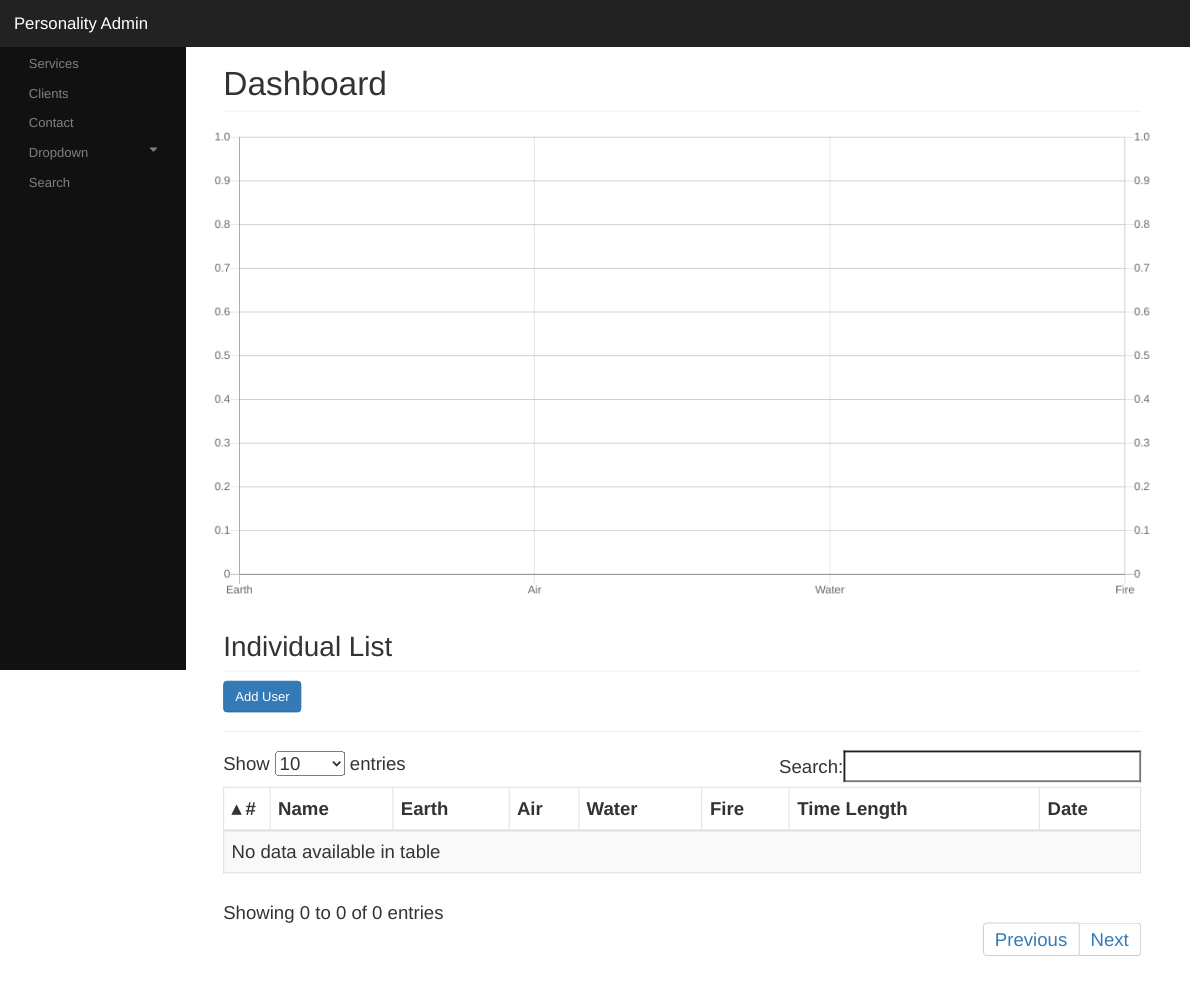
Repository: joroni/personality_test
Page: dashboard/index.html
An editor plug-in stored every save of this project. The page is shown before and after the next save, followed by the edit.
The browser window is 1280 px wide. The pictures show the whole page, at 93% of full size.

Above is the page before, as saved 2020-09-26 01:38:29.

### dashboard/index.html
<!DOCTYPE html>
<html lang="en" ng-app="quiz">

<head>
  <meta charset="utf-8">
  <meta http-equiv="X-UA-Compatible" content="IE=edge">
  <meta name="viewport" content="width=device-width, initial-scale=1">
  <!-- The above 3 meta tags *must* come first in the head; any other head content must come *after* these tags -->
  <meta name="description" content="">
  <meta name="author" content="">
  <!--  <link rel="icon" href="../../favicon.ico">
   <link rel="canonical" href="https://getbootstrap.com/docs/3.3/examples/dashboard/"> -->

  <title>Dashboard Template for Bootstrap</title>

  <!-- Bootstrap core CSS -->
  <link href="css/bootstrap.min.css" rel="stylesheet">

  <!-- IE10 viewport hack for Surface/desktop Windows 8 bug -->
  <link href="css/ie10-viewport-bug-workaround.css" rel="stylesheet">

  <!-- Custom styles for this template -->
  <link href="css/style.css" rel="stylesheet">
  <link href="css/dashboard.css" rel="stylesheet">


  <!-- Just for debugging purposes. Don't actually copy these 2 lines! -->
  <!--[if lt IE 9]><script src="../../assets/js/ie8-responsive-file-warning.js"></script><![endif]-->
  <script src="js/ie-emulation-modes-warning.js"></script>

  <!-- HTML5 shim and Respond.js for IE8 support of HTML5 elements and media queries -->
  <!--[if lt IE 9]>
      <script src="https://oss.maxcdn.com/html5shiv/3.7.3/html5shiv.min.js"></script>
      <script src="https://oss.maxcdn.com/respond/1.4.2/respond.min.js"></script>
    <![endif]-->
</head>


<body ng-controller="quizAdmin">

  <nav class="navbar navbar-inverse navbar-fixed-top">
    <div class="container-fluid">
      <div class="navbar-header">
        <button type="button" class="navbar-toggle collapsed" data-toggle="collapse" data-target="#navbar"
          aria-expanded="false" aria-controls="navbar">
          <span class="sr-only">Toggle navigation</span>
          <span class="icon-bar"></span>
          <span class="icon-bar"></span>
          <span class="icon-bar"></span>
        </button>
        <a class="navbar-brand" href="#">Personality Admin</a>
      </div>
      <div id="navbar" class="navbar-collapse collapse">
        <!-- <ul class="nav navbar-nav navbar-right">
          <li><a href="#">Dashboard</a></li>
          <li><a href="#">Settings</a></li>
          <li><a href="#">Profile</a></li>
          <li><a href="#">Help</a></li>
        </ul>
        <form class="navbar-form navbar-right">
          <input type="text" class="form-control" placeholder="Search...">
        </form> -->
      </div>
    </div>
  </nav>

  <div class="container-fluid">

    <div class="row">
      <div class="sidenav col-sm-3 col-md-2">
        <a href="#about">About</a>
        <a href="#services">Services</a>
        <a href="#clients">Clients</a>
        <a href="#contact">Contact</a>
        <button class="dropdown-btn">Dropdown
          <i class="fa fa-caret-down"></i>
        </button>
        <div class="dropdown-container">
          <a href="#">Link 1</a>
          <a href="#">Link 2</a>
          <a href="#">Link 3</a>
        </div>
        <a href="#contact">Search</a>
      </div>
      <!-- <div class="col-sm-3 col-md-2 sidebar">

        <ul class="nav nav-sidebar">
          <li class="active"><a href="#">Home <span class="sr-only">(current)</span></a></li>
          <li class=""><a href="#">Users<span class="sr-only">(current)</span></a></li>
          <li class=""><a href="#">Reports</a>

          <ul>
            <li<a href="#">By User</a></li>
            <li<a href="#">By Group</a></li>
          </ul>
          </li>
          <!--     <li><a href="#">Reports</a></li>
          <li><a href="#">Analytics</a></li>
          <li><a href="#">Export</a></li> ->
        </ul>

      </div> -->
      <div class="col-sm-9 col-sm-offset-3 col-md-10 col-md-offset-2 main">
        <h1 class="page-header">Dashboard</h1>

        <div class="row placeholders" ng-init="getUserScores()">
          <canvas id="line" class="chart chart-line" chart-data="data" chart-labels="labels" chart-series="series"
            chart-options="options" chart-dataset-override="datasetOverride" chart-click="onClick">
          </canvas>


          <!--  <canvas id="bar" class="chart chart-bar ng-isolate-scope"
            chart-data="data" chart-labels="labels" chart-series="series"
            chart-options="options"
            style="display: block; width: 100%; height: 261px;"></canvas> -->
        </div>

        <!--  <div class="row placeholders">
            <div class="col-xs-6 col-sm-3 placeholder">
              <img src="data:[embedded picture, 82 characters]" width="200" height="200" class="img-responsive" alt="Generic placeholder thumbnail">
              <h4>Label</h4>
              <span class="text-muted">Something else</span>
            </div>
            <div class="col-xs-6 col-sm-3 placeholder">
              <img src="data:[embedded picture, 82 characters]" width="200" height="200" class="img-responsive" alt="Generic placeholder thumbnail">
              <h4>Label</h4>
              <span class="text-muted">Something else</span>
            </div>
            <div class="col-xs-6 col-sm-3 placeholder">
              <img src="data:[embedded picture, 82 characters]" width="200" height="200" class="img-responsive" alt="Generic placeholder thumbnail">
              <h4>Label</h4>
              <span class="text-muted">Something else</span>
            </div>
            <div class="col-xs-6 col-sm-3 placeholder">
              <img src="data:[embedded picture, 82 characters]" width="200" height="200" class="img-responsive" alt="Generic placeholder thumbnail">
              <h4>Label</h4>
              <span class="text-muted">Something else</span>
            </div>
          </div> -->

        <h2 class="sub-header">Individual List</h2>
        <input type="button" value="Add User" class="btn btn-primary" ng-click="addUserPop = !addUserPop" />
<hr>

        <div ng-show="addUserPop" ng-include="'addUser.html'">

        </div>


        <div ng-init="getUserScores()">
          <table datatable="ng" dt-options="vm.dtOptions" class="table-responsive table table-striped table-bordered">
            <thead>
              <tr>
                <th>#</th>
                <th>Name</th>
                <th>Earth</th>
                <th>Air</th>
                <th>Water</th>
                <th>Fire</th>
                <th>Time Length</th>
                <th>Date</th>
              </tr>
            </thead>
            <tbody>
              <tr ng-repeat="x in userdata">
                <td>{{ $index + 1 }}</td>
                <td>{{ x.first_name}} {{x.last_name}}</td>
                <td>{{x.user_earth}}</td>
                <td>{{x.user_air}}</td>
                <td>{{x.user_water}}</td>
                <td>{{x.user_fire}}</td>
                <td></td>
                <td>{{x.created}}</td>
              </tr>
            </tbody>
          </table>
          <br />
          <br />
        </div>
        <!--   <div ng-init="getUsers()">

          <br />
          <h3 align="center">How to Use Jquery Datatable with AngularJS & PHP</h3>
          <br />

          <table datatable="ng" dt-options="vm.dtOptions" class="table table-striped table-bordered">
            <thead>
              <tr>
                <th>Sr</th>
                <th>Customer Name</th>
                <th>Address</th>
                <th>City</th>
                <th>Postal Code</th>
                <th>Country</th>
              </tr>
            </thead>
            <tbody>
              <tr ng-repeat="customer in customers">
                <td>{{ $index + 1 }}</td>
                <td>{{ customer.CustomerName }}</td>
                <td>{{ customer.Address }}</td>
                <td>{{ customer.City }}</td>
                <td>{{ customer.PostalCode }}</td>
                <td>{{ customer.Country }}</td>
              </tr>
            </tbody>
          </table>
          <br />
          <br />
        </div> -->





      </div>
    </div>
  </div>



  <!-- Bootstrap core JavaScript
    ================================================== -->
  <!-- Placed at the end of the document so the pages load faster -->
  <script src="lib/jquery/3.1.1/jquery.min.js"></script>
  <script src="lib/angularjs/1.6.9/angular.min.js"></script>
  <script src="lib/angularjs/angular-datatables.min.js"></script>
  <script src="lib/jquerydatatable/jquery.dataTablesv1.10.7.min.js"></script>
  <!-- <link rel="stylesheet" href="lib/bootstrap/css/bootstrap.min.css"> -->
  <link rel="stylesheet" href="lib/bootstrap/css/datatables.bootstrap.css">
  <link rel="stylesheet" href="https://cdnjs.cloudflare.com/ajax/libs/font-awesome/4.7.0/css/font-awesome.min.css">
  <!--




    <script src="lib/jqueryui/1.12.1/jquery-ui.min.js"></script>

   <script src="lib/angularjs/1.6.9/angular.min.js"></script>
  <script src="lib/angularjs/angular-ui-utils.min.js"></script> -->

  <script src="lib/chart/Chart.min.js"></script>
  <script src="lib/angular-chart.js/angular-chart.min.js"></script>

  <script src="js/main.js"></script>
  <!-- <script src="https://cdnjs.cloudflare.com/ajax/libs/angular-ui-sortable/0.15.0/sortable.min.js"></script> -->
  <!-- <script src="js/sortable.js"></script> -->
  <script type='text/javascript' src="lib/bootstrap/js/bootstrap.min.js"></script>
  <script src="js/script.js"></script>


  <!-- Just to make our placeholder images work. Don't actually copy the next line! -->
  <script src="js/holder.min.js"></script>
  <!-- IE10 viewport hack for Surface/desktop Windows 8 bug -->
  <script src="js/ie10-viewport-bug-workaround.js"></script>
</body>

</html>

### dashboard/css/style.css
/* Fixed sidenav, full height */
.sidenav {
    height: 100%;
    width: 200px;
    position: fixed;
    z-index: 1;
    top: 0;
    left: 0;
    background-color: #111;
    overflow-x: hidden;
    padding-top: 20px;
  }

  /* Style the sidenav links and the dropdown button */
  .sidenav a, .dropdown-btn {
    padding: 6px 8px 6px 16px;
    text-decoration: none;
    font-size: 14px;
    color: #818181;
    display: block;
    border: none;
    background: none;
    width:100%;
    text-align: left;
    cursor: pointer;
    outline: none;
  }

  /* On mouse-over */
  .sidenav a:hover, .dropdown-btn:hover {
    color: #f1f1f1;
  }

  /* Main content */
  .main {
    margin-left: 200px; /* Same as the width of the sidenav */
    font-size: 20px; /* Increased text to enable scrolling */
    padding: 0px 10px;
  }

  /* Add an active class to the active dropdown button */
  .active {
    background-color: green;
    color: white;
  }

  /* Dropdown container (hidden by default). Optional: add a lighter background color and some left padding to change the design of the dropdown content */
  .dropdown-container {
    display: none;
    background-color: #262626;
    padding-left: 8px;
  }

  /* Optional: Style the caret down icon */
  .fa-caret-down {
    float: right;
    padding-right: 8px;
  }

### dashboard/css/dashboard.css
/*
 * Base structure
 */

/* Move down content because we have a fixed navbar that is 50px tall */
body {
  padding-top: 50px;
}


/*
 * Global add-ons
 */

.sub-header {
  padding-bottom: 10px;
  border-bottom: 1px solid #eee;
}

/*
 * Top navigation
 * Hide default border to remove 1px line.
 */
.navbar-fixed-top {
  border: 0;
}

/*
 * Sidebar
 */

/* Hide for mobile, show later */
.sidebar {
  display: none;
}
@media (min-width: 768px) {
  .sidebar {
    position: fixed;
    top: 51px;
    bottom: 0;
    left: 0;
    z-index: 1000;
    display: block;
    padding: 20px;
    overflow-x: hidden;
    overflow-y: auto; /* Scrollable contents if viewport is shorter than content. */
    background-color: #f5f5f5;
    border-right: 1px solid #eee;
  }
}

/* Sidebar navigation */
.nav-sidebar {
  margin-right: -21px; /* 20px padding + 1px border */
  margin-bottom: 20px;
  margin-left: -20px;
}
.nav-sidebar > li > a {
  padding-right: 20px;
  padding-left: 20px;
}
.nav-sidebar > .active > a,
.nav-sidebar > .active > a:hover,
.nav-sidebar > .active > a:focus {
  color: #fff;
  background-color: #428bca;
}


/*
 * Main content
 */

.main {
  padding: 20px;
}
@media (min-width: 768px) {
  .main {
    padding-right: 40px;
    padding-left: 40px;
  }
}
.main .page-header {
  margin-top: 0;
}


/*
 * Placeholder dashboard ideas
 */

.placeholders {
  margin-bottom: 30px;
  text-align: center;
}
.placeholders h4 {
  margin-bottom: 0;
}
.placeholder {
  margin-bottom: 20px;
}
.placeholder img {
  display: inline-block;
  border-radius: 50%;
}

### dashboard/js/ie-emulation-modes-warning.js
// NOTICE!! DO NOT USE ANY OF THIS JAVASCRIPT
// IT'S JUST JUNK FOR OUR DOCS!
// ++++++++++++++++++++++++++++++++++++++++++
/*!
 * Copyright 2014-2015 Twitter, Inc.
 *
 * Licensed under the Creative Commons Attribution 3.0 Unported License. For
 * details, see https://creativecommons.org/licenses/by/3.0/.
 */
// Intended to prevent false-positive bug reports about Bootstrap not working properly in old versions of IE due to folks testing using IE's unreliable emulation modes.
(function () {
  'use strict';

  function emulatedIEMajorVersion() {
    var groups = /MSIE ([0-9.]+)/.exec(window.navigator.userAgent)
    if (groups === null) {
      return null
    }
    var ieVersionNum = parseInt(groups[1], 10)
    var ieMajorVersion = Math.floor(ieVersionNum)
    return ieMajorVersion
  }

  function actualNonEmulatedIEMajorVersion() {
    // Detects the actual version of IE in use, even if it's in an older-IE emulation mode.
    // IE JavaScript conditional compilation docs: https://msdn.microsoft.com/library/121hztk3%28v=vs.94%29.aspx
    // @cc_on docs: https://msdn.microsoft.com/library/8ka90k2e%28v=vs.94%29.aspx
    var jscriptVersion = new Function('/*@cc_on return @_jscript_version; @*/')() // jshint ignore:line
    if (jscriptVersion === undefined) {
      return 11 // IE11+ not in emulation mode
    }
    if (jscriptVersion < 9) {
      return 8 // IE8 (or lower; haven't tested on IE<8)
    }
    return jscriptVersion // IE9 or IE10 in any mode, or IE11 in non-IE11 mode
  }

  var ua = window.navigator.userAgent
  if (ua.indexOf('Opera') > -1 || ua.indexOf('Presto') > -1) {
    return // Opera, which might pretend to be IE
  }
  var emulated = emulatedIEMajorVersion()
  if (emulated === null) {
    return // Not IE
  }
  var nonEmulated = actualNonEmulatedIEMajorVersion()

  if (emulated !== nonEmulated) {
    window.alert('WARNING: You appear to be using IE' + nonEmulated + ' in IE' + emulated + ' emulation mode.\nIE emulation modes can behave significantly differently from ACTUAL older versions of IE.\nPLEASE DON\'T FILE BOOTSTRAP BUGS based on testing in IE emulation modes!')
  }
})();

### dashboard/js/main.js

/* Loop through all dropdown buttons to toggle between hiding and showing its dropdown content - This allows the user to have multiple dropdowns without any conflict */
var dropdown = document.getElementsByClassName("dropdown-btn");
var i;

for (i = 0; i < dropdown.length; i++) {
  dropdown[i].addEventListener("click", function() {
  this.classList.toggle("active");
  var dropdownContent = this.nextElementSibling;
  if (dropdownContent.style.display === "block") {
  dropdownContent.style.display = "none";
  } else {
  dropdownContent.style.display = "block";
  }
  });
}

### dashboard/js/script.js
var app = angular.module("quiz", ['chart.js', 'datatables']);


app.controller("quizAdmin", function ($scope, $http) {



  $scope.getIndividualUser = function () {
    //console.log('hi');

    $scope.labels = ["Earth", "Air", "Water", "Fire"];
    $scope.series = ['Susan', 'Joroni', 'Jane'];
    $scope.data = [
      [65, 15, 5, 15],
      [10, 30, 41, 19],
      [25, 20, 20, 35]
    ];
    $scope.onClick = function (points, evt) {
      console.log(points, evt);
    };
    $scope.datasetOverride = [{
      yAxisID: 'y-axis-1'
    }, {
      yAxisID: 'y-axis-2'
    }];
    $scope.options = {
      scales: {
        yAxes: [{
            id: 'y-axis-1',
            type: 'linear',
            display: true,
            position: 'left'
          },
          {
            id: 'y-axis-2',
            type: 'linear',
            display: true,
            position: 'right'
          }
        ]
      }
    };
  }



  $scope.getUserScores = function () {
    $http({
      method: 'post',
      url: 'processor/addremove.php',
      data: {
        request_type: 2
      },
    }).then(function successCallback(response) {
      let usersData = response.data;
      console.log(usersData);
     // $scope.allUsers = usersData;
      $scope.userdata = usersData;

      $scope.labels = ["Earth", "Air", "Water", "Fire"];
      //$scope.series = ['Susan', 'Joroni', 'Jane'];
      $scope.series = [];
      for (var i = 0; i < $scope.userdata.length; i++) {

        $scope.series.push(
          $scope.userdata[i].first_name,
        );
      }
      console.log($scope.series );

      $scope.data = [];
      for (var i = 0; i < $scope.userdata.length; i++) {

        $scope.data.push([
          $scope.userdata[i].user_earth,
          $scope.userdata[i].user_air,
          $scope.userdata[i].user_water,
          $scope.userdata[i].user_fire
        ]);
      }
      console.log($scope.data );
      $scope.onClick = function (points, evt) {
        console.log(points, evt);
      };
      $scope.datasetOverride = [{
        yAxisID: 'y-axis-1'
      }, {
        yAxisID: 'y-axis-2'
      }];
      $scope.options = {
        scales: {
          yAxes: [{
              id: 'y-axis-1',
              type: 'linear',
              display: true,
              position: 'left'
            },
            {
              id: 'y-axis-2',
              type: 'linear',
              display: true,
              position: 'right'
            }
          ]
        }
      };
    });
  }

  $scope.users=[];
$scope.addUserPop = false;
  /* $scope.userid = $scope.fetchGetVariables().user_id;
  $scope.groupid = $scope.fetchGetVariables().group_id; */
  $scope.addUser = function () {
   //let newuserdata = {};

    /*
    console.log(angular.element('#MyAnswer')[0].value);
    $scope.isanswer = angular.element('#MyAnswer')[0].value; */
    /* len = $scope.answers.length; */
    $scope.user_name=$scope.user_name;
    $scope.email = $scope.email;
    $scope.group_id = $scope.group_id;
    /* for (let i = 0; i < userdata.length; i++) {
      newuserdata.push({
        'user_id': userdata[i].user_id,
        'question_id':userdata[i].question_id,
        'choice_id': $scope.isanswer,
        'request_type': 2,
        'len': len
      });
    } */
    $http({
      method: 'post',
      url: 'processor/addremove.php',
      //data: newuserdata
      data: {
        'user_name':  $scope.user_name,
        'email':  $scope.email,
        'first_name': $scope.first_name,
        'last_name': $scope.last_name,
        'group_id':$scope.group_id,
        'acl':$scope.acl,
        'request_type': 3
      },
    }).then(function successCallback(response) {
      if (response.data.length > 0) {
        $scope.users.push(response.data[0]);
        alert('User added');
      } else {
        alert('User with this email already exist. ');
      }
    });
  }




  $scope.getUsers = function () {
    $http({
      method: 'post',
      url: 'processor/addremove.php',
      data: {
        request_type: 4
      },
    }).then(function successCallback(response) {
      let usersData = response.data;
      console.log(usersData);
     // $scope.allUsers = usersData;
      $scope.customers = usersData;

    });
  }



 /*  $http.get('fetch.php').success(function(data, status, headers, config){
		$scope.customers = data;
	}); */
});

### dashboard/addUser.html
<form>
    <div class="form-row">
        <div class="form-group col-md-6">
            <label for="user_name">User Name:(optional)</label>
            <input type="text" class="form-control" name="user_name" ng-model="user_name">
        </div>
        <div class="form-group col-md-6">
            <label for="email">Email</label>
            <input type="email" class="form-control" name="email" ng-model="email">

        </div>
    </div>
    <div class="form-row">
        <div class="form-group col-md-6">
            <label for="first_name">First Name</label>
            <input type="text" class="form-control" name="first_name" ng-model="first_name">
        </div>
        <div class="form-group col-md-6">
            <label for="last_name">Last Name</label>
            <input type="text" class="form-control" name="last_name" ng-model="last_name">

        </div>
    </div>

    <div class="form-row">

        <div class="form-group col-md-3">
            <label for="group_id">Group:</label>
            <select class="form-control" name="group_id" ng-model="group_id">
                <option ng-value="1">Team A</option>
                <option ng-value="2">Team B</option>
            </select>

        </div>
        <div class="form-group col-md-3">
            <label for="acl">Access Permission:</label>
            <select class="form-control" name="acl" ng-model="acl">
                <option ng-value="2" selected>Tester</option>
                <option ng-value="1">Admin/Tester</option>
            </select>
        </div>
    </div>
    <div class="form-group col-md-6">
        <button class="btn btn-default btn-primary" ng-click="addUser()">Add User</button>
    </div>

</form>

Loaded but not shown: dashboard/css/bootstrap.min.css (library); dashboard/css/ie10-viewport-bug-workaround.css (common file); dashboard/lib/jquery/3.1.1/jquery.min.js (library); dashboard/lib/angularjs/1.6.9/angular.min.js (library); dashboard/lib/angularjs/angular-datatables.min.js (library); dashboard/lib/jquerydatatable/jquery.dataTablesv1.10.7.min.js (library); dashboard/lib/bootstrap/css/datatables.bootstrap.css (library); dashboard/lib/chart/Chart.min.js (library); dashboard/lib/angular-chart.js/angular-chart.min.js (library); dashboard/lib/bootstrap/js/bootstrap.min.js (library); dashboard/js/holder.min.js (library); dashboard/js/ie10-viewport-bug-workaround.js (common file)

After the next save:
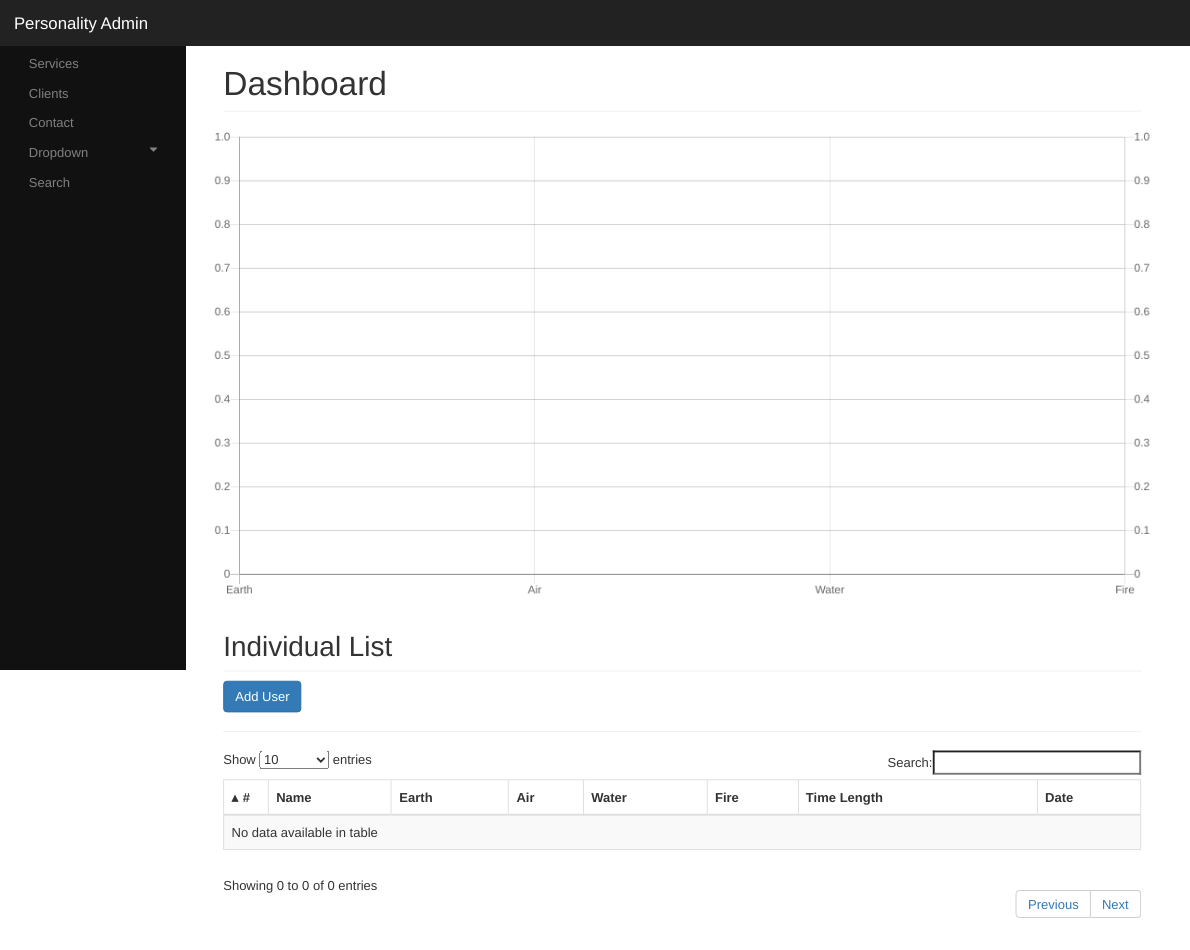
Saved 47 s later.
--- a/dashboard/css/style.css
+++ b/dashboard/css/style.css
@@ -34,7 +34,7 @@
   /* Main content */
   .main {
     margin-left: 200px; /* Same as the width of the sidenav */
-    font-size: 20px; /* Increased text to enable scrolling */
+    font-size: 14px; /* Increased text to enable scrolling */
     padding: 0px 10px;
   }
 
